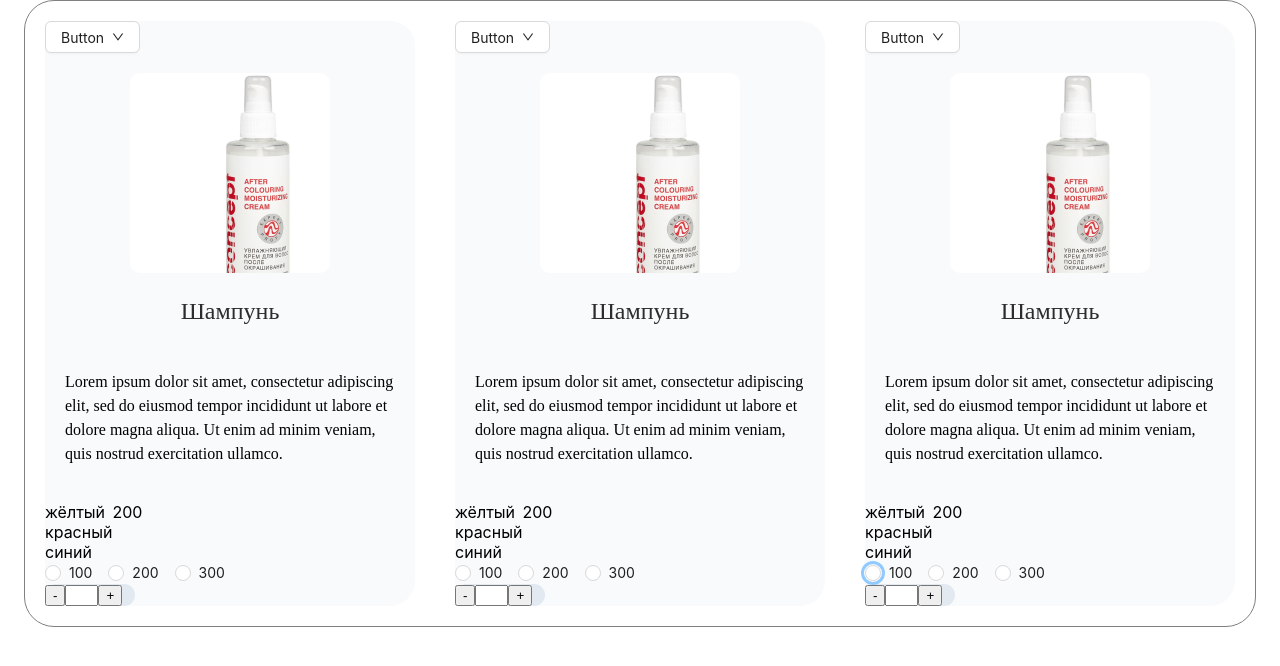
Repository: MiroslavWise/shamptu
Page: /
An editor plug-in stored every save of this project. The page is shown before and after the next save, followed by the edit.
The browser window is 1280 px wide. The pictures show the whole page.
The project was rebuilt for these pictures with package versions that can differ from the ones it lists, and the page was loaded fresh each time. Also part of the build but not shown: src/App.css.

Above is the page before, as saved 2022-02-17 13:25:17.

### public/index.html
<!DOCTYPE html>
<html lang="en">
  <head>
    <meta charset="utf-8" />
    <meta name="viewport" content="width=device-width, initial-scale=1" />
    <meta name="theme-color" content="#000000" />
    <meta
      name="description"
      content="Web site created using create-react-app"
    />
    <link rel="manifest" href="%PUBLIC_URL%/manifest.json" />

    <title>React App</title>
  </head>
  <body>
    <noscript>You need to enable JavaScript to run this app.</noscript>
    <div id="root"></div>
  </body>
</html>

### src/index.css
body {
  margin: 0;
  font-family: -apple-system, BlinkMacSystemFont, 'Segoe UI', 'Roboto', 'Oxygen',
    'Ubuntu', 'Cantarell', 'Fira Sans', 'Droid Sans', 'Helvetica Neue',
    sans-serif;
  -webkit-font-smoothing: antialiased;
  -moz-osx-font-smoothing: grayscale;
  display: flex;
  align-items: center;
  justify-content: center;
}

code {
  font-family: source-code-pro, Menlo, Monaco, Consolas, 'Courier New',
    monospace;
}

### src/App.js

import 'App.css';
import Items from 'components/Items';

function App() {
  return (
   <Items />
  );
}

export default App;

### src/components/Items.jsx
import jpg from 'picture/1.jpg'

import './style.css'
import SpamItem from './items/SpamItem'
const Items = () => {
    return (
        <div className="big__container">
            <SpamItem image={jpg}/>
            <SpamItem image={jpg}/>
            <SpamItem image={jpg}/>
        </div>
    )
}

export default Items

### src/components/style.css
.big__container {
    display: grid;
    grid-template-columns: repeat(3, 1fr);
    background: #FFFFFF;
    border-radius: 30px;
    border: 1px gray solid;
}

### src/components/items/SpamItem.jsx

import { useState } from 'react'
import './style.css'
import { Menu, Dropdown, Button, message, Space, Tooltip, Radio } from 'antd'
import { DownOutlined, UserOutlined } from '@ant-design/icons'

function handleButtonClick(e) {
    message.info('Click on left button.');
    console.log('click left button', e);
  }

  function handleMenuClick(e) {
    message.info('Click on menu item.');
    console.log('click', e);
  }

const ShamItem = ({image}) => {
    const [prise, setPrise] = useState(200)

    const menu = (
        <Menu onAbort={handleMenuClick}>
          <Menu.Item key="1" icon={<UserOutlined />}>
            1st menu item
          </Menu.Item>
          <Menu.Item key="2" icon={<UserOutlined />}>
            2nd menu item
          </Menu.Item>
          <Menu.Item key="3" icon={<UserOutlined />}>
            3rd menu item
          </Menu.Item>
        </Menu>
      );

    return (
        <div className="container">
                <Dropdown overlay={menu}>
                <Button>
                    Button <DownOutlined />
                </Button>
                </Dropdown>
            <div className='image-line'>
                <div className='image'>
                    <img src={image}/>
                </div>
            </div>
            <p className='text'>Шампунь</p>
            <p className='text_about'>Lorem ipsum dolor sit amet, consectetur adipiscing elit, sed do eiusmod tempor incididunt ut labore et dolore magna aliqua. Ut enim ad minim veniam, quis nostrud exercitation ullamco.</p>
            <div className='block-info'>
                <div className='col-pri'>
                    <div className='colors'>
                        <div className='tab-color'>
                            <div>жёлтый</div>
                            <div>красный</div>
                            <div>синий</div>
                        </div>

                    </div>
                    <div className='prise'>{prise}</div>
                </div>
                <div className='volume'></div>
                <Radio.Group name="radiogroup" defaultValue={1}>
                    <Radio value={100} autoFocus>100</Radio>
                    <Radio value={200}>200</Radio>
                    <Radio value={300}>300</Radio>
                </Radio.Group>
                <div className='footer'>
                    <div className='quantity'><button>-</button><input type={'number'} min={1}></input><button>+</button></div>
                    <div className='button'></div>
                </div>
            </div>
        </div>

    )
}

export default ShamItem

### src/components/items/style.css
.container{
    width: 370px;
    margin: 20px;
    background: #F8FAFC;
    border-radius: 25px;
}

.image-line {
    width: 200px;
    height: 200px;
    background-color: rgba(255, 255, 255, 0.775);
    margin: 20px auto;
    border-radius: 10px;
    overflow: hidden;
}

.image {
    height: auto;
    width: auto;
    position: relative;
    transition: all .4s ease-in-out;
    object-fit: cover;
}

.image:hover {
    cursor: pointer;
    transform: scale(1.4)
}

.text{
    font-family: 'SF UI Display';
    font-size: 24px;
    font-style: normal;
    font-weight: 500;
    line-height: 29px;
    letter-spacing: 0em;
    text-align: center;
    color: #2C2C2C;
}

.text_about {
    font-family: 'SF UI Display';
    font-size: 16px;
    font-style: normal;
    font-weight: 400;
    line-height: 24px;
    letter-spacing: 0em;
    text-align: left;
    padding: 20px;
}

.block-info{
    display: flex;
    flex-direction: column;
}

.col-pri{
    display: flex;
}

input {
    width: 25px;

}

.quantity{
    background: #E2E9F0;
    border-radius: 30px;
    width: 90px;
}

input::-webkit-outer-spin-button,
input::-webkit-inner-spin-button {
    -webkit-appearance: none;
}



.button{

}

Loaded but not shown: src/index.js (common file); src/reportWebVitals.js (common file)

After the next save:
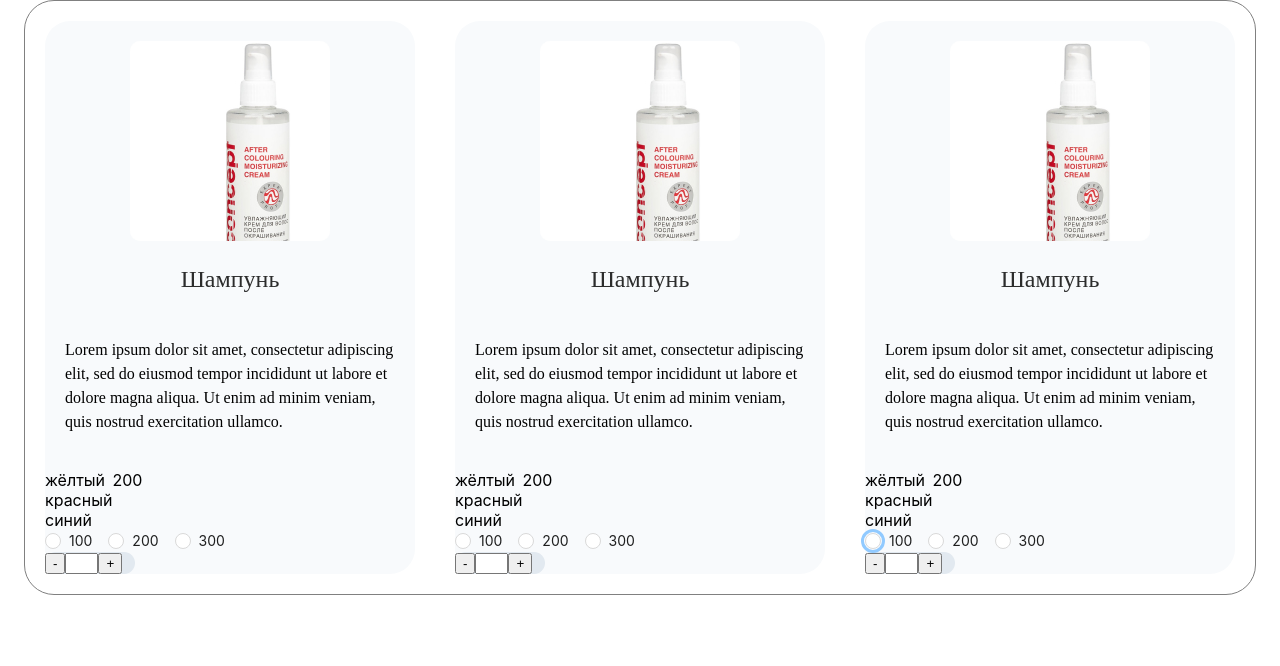
Saved 34 s later.
--- a/src/components/items/SpamItem.jsx
+++ b/src/components/items/SpamItem.jsx
@@ -17,27 +17,8 @@
 const ShamItem = ({image}) => {
     const [prise, setPrise] = useState(200)
 
-    const menu = (
-        <Menu onAbort={handleMenuClick}>
-          <Menu.Item key="1" icon={<UserOutlined />}>
-            1st menu item
-          </Menu.Item>
-          <Menu.Item key="2" icon={<UserOutlined />}>
-            2nd menu item
-          </Menu.Item>
-          <Menu.Item key="3" icon={<UserOutlined />}>
-            3rd menu item
-          </Menu.Item>
-        </Menu>
-      );
-
     return (
         <div className="container">
-                <Dropdown overlay={menu}>
-                <Button>
-                    Button <DownOutlined />
-                </Button>
-                </Dropdown>
             <div className='image-line'>
                 <div className='image'>
                     <img src={image}/>
